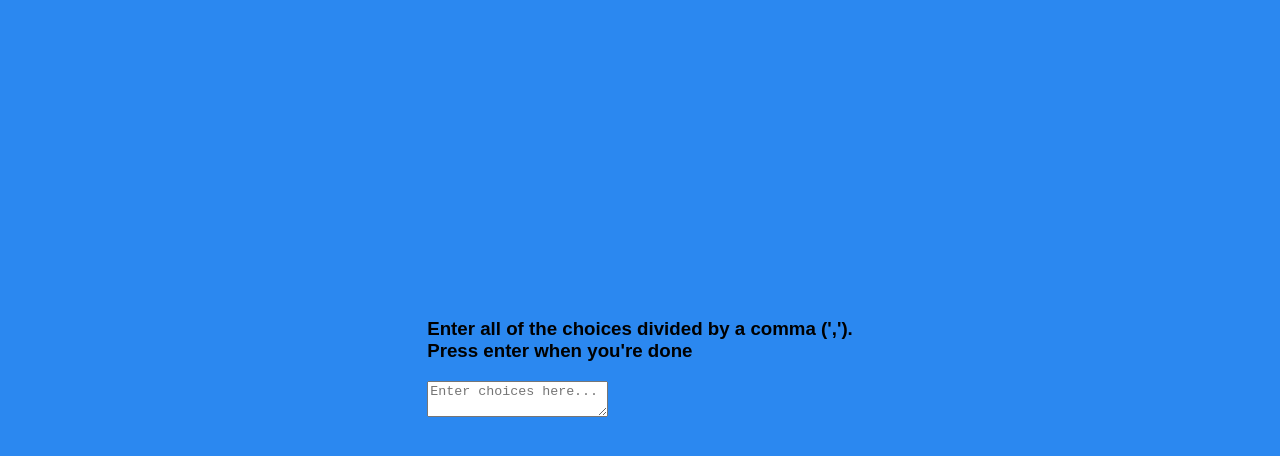
Repository: Williamlmachado/Random-Choice
Page: index.html
An editor plug-in stored every save of this project. The page is shown before and after the next save, followed by the edit.
The browser window is 1280 px wide. The pictures show the whole page.
Some web fonts or font styles are not loaded; a fallback is used.

Above is the page before, as saved 2021-08-23 12:35:12.

After the next save:
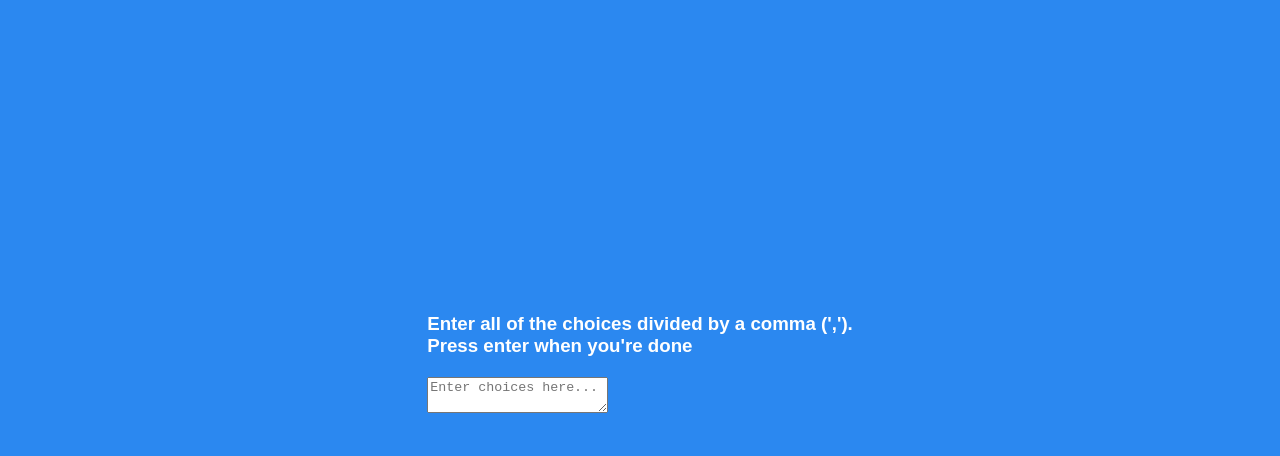
Saved 76 s later.
--- a/style.css
+++ b/style.css
@@ -15,3 +15,8 @@ body {
   overflow: hidden;
   margin: 0;
 }
+
+h3{
+    color: #fff;
+    margin: 10px 0 20px;
+}
